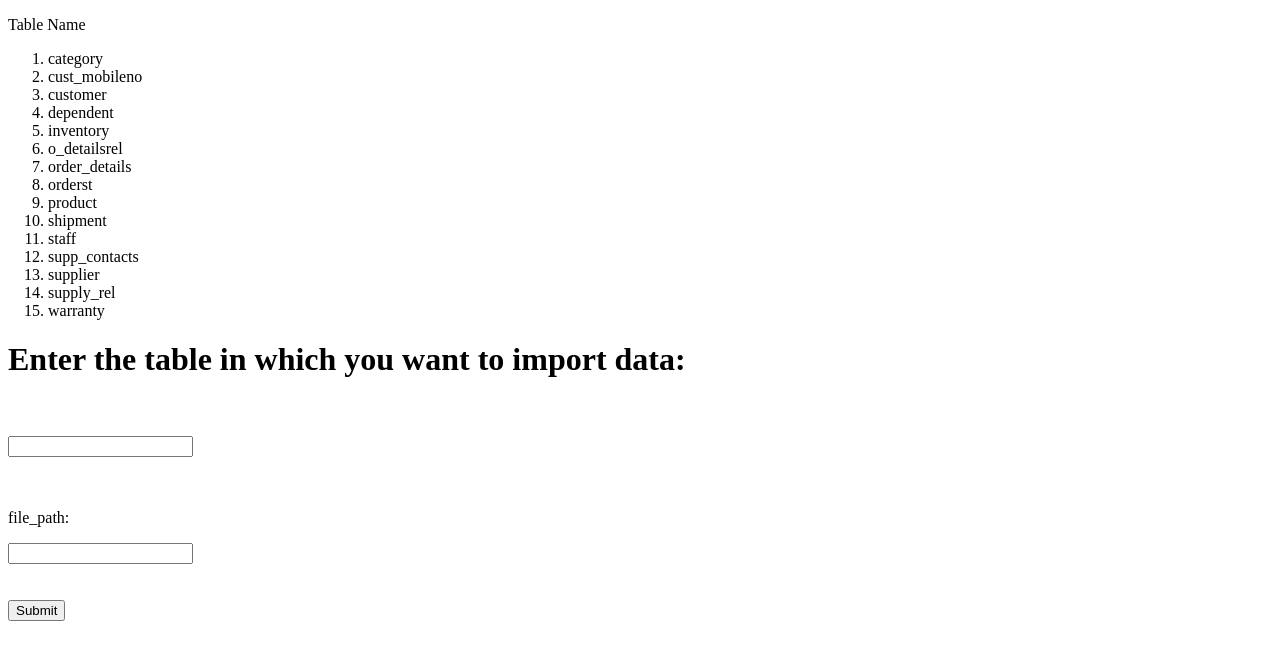
Repository: cyrusdwivedi2002/inventory-management-system
Page: DemoApp/src/main/webapp/import.html
These files come from the project's save history. The page is drawn as it stood at one moment and after the next save; the edit follows.
The browser window is 1280 px wide. The pictures show the whole page.

Above is the page before, as saved 2022-06-24 19:18:53.

### DemoApp/src/main/webapp/import.html
<!DOCTYPE html>
<html>
<head>
<meta charset="ISO-8859-1">
<title>Insert title here</title>
</head>
<body>
<form action = "./ImportTable" method = "post">
	 <p>Table Name</p>
	 <ol>
  <li>category</li>
  <li>cust_mobileno</li>
  <li>customer</li>
  <li>dependent</li>
  <li>inventory</li>
  <li>o_detailsrel</li>
  <li>order_details</li>
  <li>orderst</li>
  <li>product</li>
  <li>shipment</li>
  <li>staff</li>
  <li>supp_contacts</li>
  <li>supplier</li>
  <li>supply_rel</li>
  <li>warranty</li>
	</ol>

	<h1>Enter the table in which you want to import data: </h1>
	  <br/><br/>
	 <input type="text" name="table_name"/>
	 <br/><br/><br/>
	 <p>file_path:</p>
     <input type="text" name="file_path"/>
     <br/><br/><br/>
	  <input type="submit"/>

</form>


</body>
</html>

After the next save:
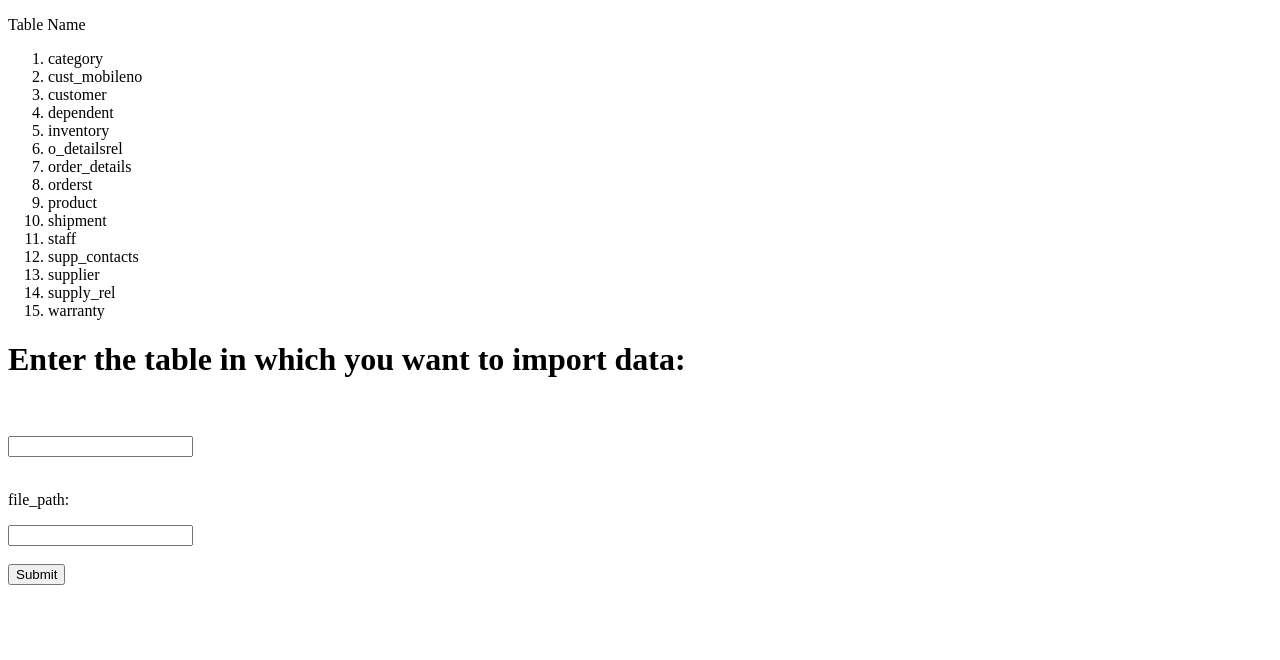
Saved 21 s later.
--- a/DemoApp/src/main/webapp/import.html
+++ b/DemoApp/src/main/webapp/import.html
@@ -28,10 +28,10 @@
 	<h1>Enter the table in which you want to import data: </h1>
 	  <br/><br/>
 	 <input type="text" name="table_name"/>
-	 <br/><br/><br/>
+	 <br/><br/>
 	 <p>file_path:</p>
      <input type="text" name="file_path"/>
-     <br/><br/><br/>
+     <br/><br/>
 	  <input type="submit"/>
 
 </form>
